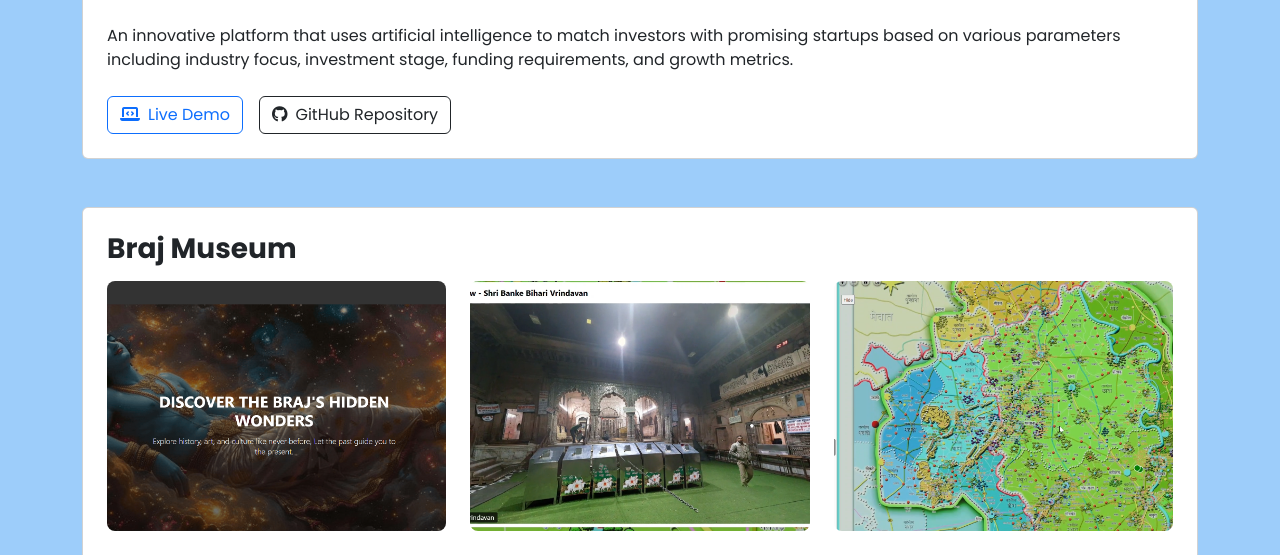
Repository: AdityaTech-Pro/Portfolio-Aditya-Verma
Page: Aditya Portfolio/index.html
These files come from the project's save history. The page is drawn as it stood at one moment and after a run of saves; the edit follows.
The browser window is 1280 px wide. The pictures show the part of the page from y = 2959 to 3514 px (the page is 6459 px tall before and 6483 px after).
Pictures or frames that could not be fetched are drawn as grey boxes.

Above is the page before, as saved 2026-01-08 01:01:55.

After the next 2 saves:
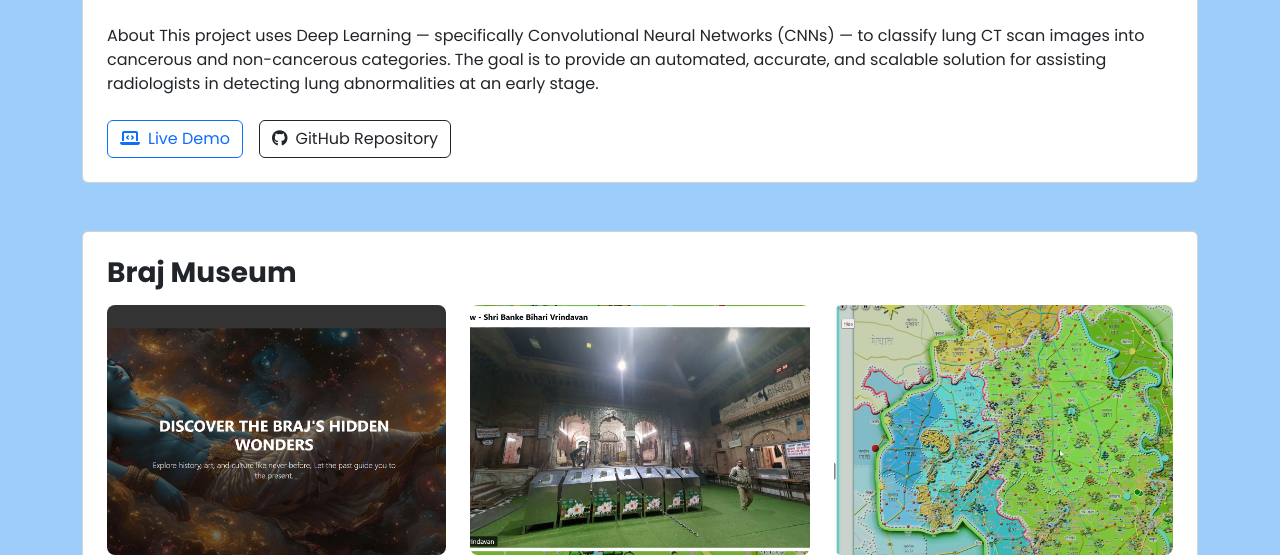
The 2 saves are shown as one change because they came seconds apart.
The last was saved 27 days later.
--- a/Aditya Portfolio/index.html
+++ b/Aditya Portfolio/index.html
@@ -260,7 +260,9 @@
                 </a>
 
             </div>
+
         </section>
+
 
         <!-- Projects Section -->
         <section class="mb-5">
@@ -331,7 +333,8 @@
 
                     <!-- Project Description -->
                     <p class="card-text mb-4 ">
-                        An innovative platform that uses artificial intelligence to match investors with promising startups based on various parameters including industry focus, investment stage, funding requirements, and growth metrics.
+                        About This project uses Deep Learning — specifically Convolutional Neural Networks (CNNs) — to classify lung CT scan images into cancerous and non-cancerous categories. The goal is to provide an automated, accurate, and scalable solution for assisting
+                        radiologists in detecting lung abnormalities at an early stage.
                     </p>
 
                     <!-- Project Links -->
@@ -371,7 +374,8 @@
 
                     <!-- Project Description -->
                     <p class="card-text mb-4 ">
-                        An innovative platform that uses artificial intelligence to match investors with promising startups based on various parameters including industry focus, investment stage, funding requirements, and growth metrics.
+                        Braj Museum is a digital heritage experience that brings artistic legacy of Mathura through an immersive web-based gallery, This interactive platform showcases: Temples of Mathura, Interactive Map of heritage sites, 3D Video of temple architectures, Virtual
+                        Tours.
                     </p>
 
                     <!-- Project Links -->
